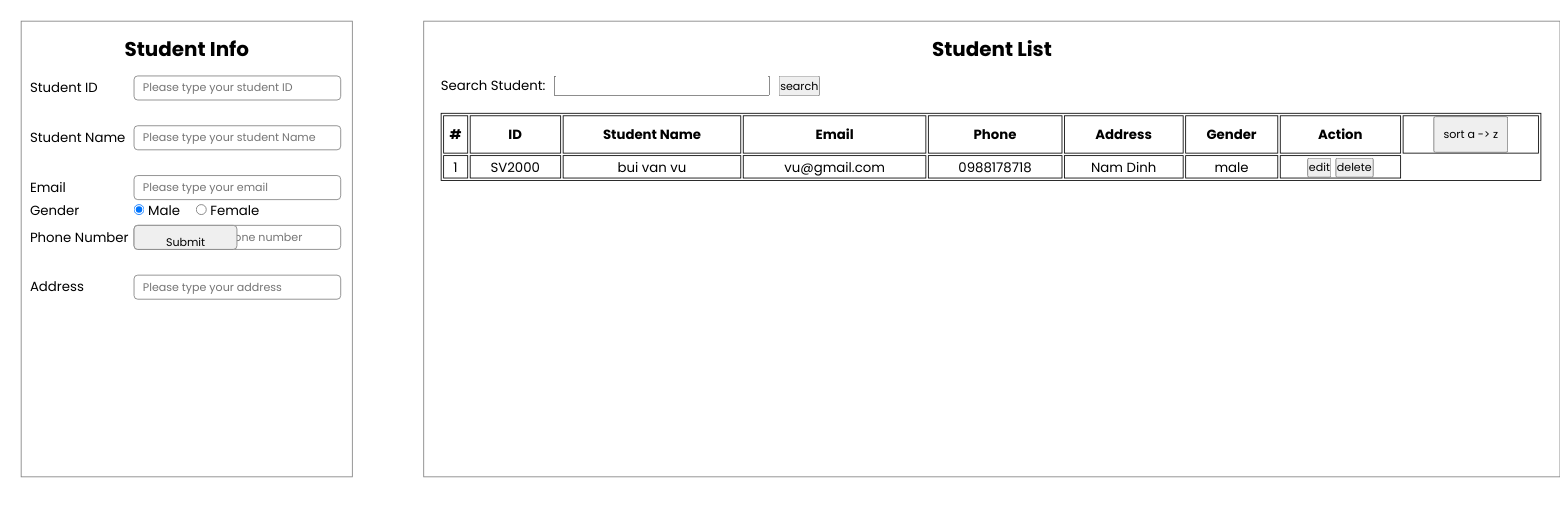
Repository: sSoRaK/ex-session15-dom-event
Page: ex-dom-event/student-management.html
An editor plug-in stored every save of this project. The page is shown before and after the next save, followed by the edit.
The browser window is 1280 px wide. The page is 1880 px wide, so the pictures cover 1880 px, including what lies to the right of the window. The pictures show the whole page, at 83% of full size.

Above is the page before, as saved 2023-06-24 20:24:56.

### ex-dom-event/student-management.html
<!DOCTYPE html>
<html lang="en">
  <head>
    <meta charset="UTF-8" />
    <meta name="viewport" content="width=device-width, initial-scale=1.0" />
    <title>Student Management</title>
    <link rel="preconnect" href="https://fonts.googleapis.com" />
    <link rel="preconnect" href="https://fonts.gstatic.com" crossorigin />
    <link
      href="https://fonts.googleapis.com/css2?family=Poppins:ital,wght@0,100;0,200;0,300;0,400;0,500;0,600;0,700;0,800;0,900;1,100;1,200;1,300;1,400;1,500;1,600;1,700;1,800;1,900&display=swap"
      rel="stylesheet"
    />
    <link rel="stylesheet" href="./style/style.css" />
  </head>
  <body>
    <div class="left-side">
      <h2>Student Info</h2>
      <form action="#" class="form-student">
        <label for="student-id" id="label-id">Student ID</label>
        <input
          type="text"
          name="student-name"
          id="student-id"
          placeholder="Please type your student ID"
        />
        <div class="error error-row1"></div>
        <label for="student-name" id="label-name">Student Name</label>
        <input
          type="text"
          name="student-name"
          id="student-name"
          placeholder="Please type your student Name"
        />
        <div class="error error-row2"></div>
        <label for="student-email" id="label-email">Email</label>
        <input
          type="email"
          name="student-email"
          id="student-email"
          placeholder="Please type your email"
        />
        <div class="error error-row3"></div>
        <label for="student-phone_number" id="label-phone_number"
          >Phone Number</label
        >
        <input
          type="number"
          name="student-phone_number"
          id="student-phone_number"
          placeholder="Please type a phone number"
        />
        <div class="error error-row4"></div>
        <label for="student-address" id="label-address">Address</label>
        <input
          type="text"
          name="student-address"
          id="student-address"
          placeholder="Please type your address"
        />
        <div class="error error-row5"></div>
        <span class="gender">Gender</span>
        <div class="gender-wrapper">
          <input type="radio" name="gender" id="male" checked />
          <label for="male">Male</label>
          <input type="radio" name="gender" id="female" />
          <label for="female">Female</label>
        </div>
        <input type="submit" value="Submit" class="btn-submit" />
      </form>
    </div>
    <div class="right-side">
      <h2>Student List</h2>
      <form action="#" class="searching-bar">
        <span>Search Student:</span>
        <input
          type="text"
          name="search-student_name"
          id="search-student_name"
        />
        <button class="btn-search">search</button>
      </form>
      <table class="table-student">
        <thead>
          <tr>
            <th>#</th>
            <th>ID</th>
            <th>Student Name</th>
            <th>Email</th>
            <th>Phone</th>
            <th>Address</th>
            <th>Gender</th>
            <th>Action</th>
            <th>
              <button class="btn-sort">sort a -> z</button>
            </th>
          </tr>
        </thead>
        <tbody id="student-info"></tbody>
      </table>
    </div>
    <script src="./app/app.js"></script>
  </body>
</html>

### ex-dom-event/style/style.css
* {
  padding: 0;
  margin: 0;
  box-sizing: border-box;
  font-family: "Poppins", sans-serif;
}
body {
  display: grid;
  grid-template-columns: repeat(4, 400px);
  grid-template-rows: repeat(1, 550px);
  gap: 85px;
  margin: 25px;
}
/* left side student info */
.left-side {
  border: 1px solid gray;
  grid-column: 1/2;
}
.left-side h2,
.right-side h2 {
  text-align: center;
  margin: 15px 0;
}
.form-student {
  margin: 0 10px;
  display: grid;
  grid-template-columns: repeat(3, 125px);
  grid-template-rows: repeat(13, 30px);
  /* row-gap: 30px; */
}
.form-student input {
  border: 0.5px solid gray;
  border-radius: 5px;
}
#label-id {
  grid-column: 1/2;
  grid-row: 1/2;
  line-height: 30px;
}
#student-id {
  grid-column: 2/4;
  grid-row: 1/2;
  padding-left: 10px;
}
.error-row1{
  grid-column: 2/4;
  grid-row: 2/3;
}
#label-name {
  grid-column: 1/2;
  grid-row: 3/4;
  line-height: 30px;
}
#student-name {
  grid-column: 2/4;
  grid-row: 3/4;
  padding-left: 10px;
}
.error-row2{
  grid-column: 2/4;
  grid-row: 4/5;
}
#label-email {
  grid-column: 1/2;
  grid-row: 5/6;
  line-height: 30px;
}
#student-email {
  grid-column: 2/4;
  grid-row: 5/6;
  padding-left: 10px;
}
.error-row3{
  grid-column: 2/4;
  grid-row: 6/7;
}
#label-phone_number {
  grid-column: 1/2;
  grid-row: 7/8;
  line-height: 30px;
}
input::-webkit-outer-spin-button,
input::-webkit-inner-spin-button {
  -webkit-appearance: none;
  margin: 0;
}
#student-phone_number {
  grid-column: 2/4;
  grid-row: 7/8;
  padding-left: 10px;
}
.error-row4{
  grid-column: 2/4;
  grid-row: 8/9;
}
#label-address {
  grid-column: 1/2;
  grid-row: 9/10;
  line-height: 30px;
}
#student-address {
  grid-column: 2/4;
  grid-row: 9/10;
  padding-left: 10px;
}
.gender {
  grid-column: 1/2;
  grid-row: 6/7;
}
.gender-wrapper {
  grid-column: 2/4;
  grid-row: 6/7;
}
.gender-wrapper label[for="male"] {
  margin-right: 15px;
}
.btn-submit {
  grid-column: 2/3;
  grid-row: 7/8;
  padding: 10px 0;
}

/* right side student list */
.right-side {
  border: 1px solid gray;
  grid-column: 2/5;
}
.right-side .searching-bar {
  margin-left: 20px;
  display: flex;
  gap: 10px;
}
.table-student,
th,
tr,
td {
  border: 1px solid;
  /* border-collapse: collapse; */
  margin: 20px;
  width: calc(100% - 42px);
}
.btn-sort {
  padding: 10px;
}

#student-info tr td {
  text-align: center;
}
.error {
  visibility: hidden;
}
.error-row1 {
  grid-row: 2;
}
.display-error {
  color: red;
  visibility: visible;
}
.btn-edit,
.btn-delete,
.btn-submit,
.btn-sort,
.btn-search {
  cursor: pointer;
}

### ex-dom-event/app/app.js
// tạo 1 mảng rỗng 2 chiều với phần tử là 1 mảng chứa các thông tin tương ứng của mỗi sinh viên
let studentList = [
  ["SV2000", "bui van vu", "vu@gmail.com", "0988178718", "Nam Dinh", "male"],
];
let action = "create";
// Lấy dữ liệu từ form -> table: Read
function renderData() {
  // truy cập đến tbody
  let tbody = document.getElementById("student-info");
  // đặt giá trị ban đầu tbody = "", để tránh dữ liệu cũ còn tồn tại
  tbody.innerHTML = "";
  for (let i = 0; i < studentList.length; i++) {
    // truyền vào tbody dưới dạng String Template
    tbody.innerHTML += `<tr>
                          <td>${i + 1}</td>
                          <td>${studentList[i][0]}</td>
                          <td>${studentList[i][1]}</td>
                          <td>${studentList[i][2]}</td>
                          <td>${studentList[i][3]}</td>
                          <td>${studentList[i][4]}</td>
                          <td>${studentList[i][5]}</td>
                          <td>
                              <button onclick="editData('${
                                studentList[i][0]
                              }')" class="btn-edit">edit</button>
                              <button onclick="deleteData('${
                                studentList[i][1]
                              }')" class="btn-delete">delete</button>
                          </td>
                    </tr>`;
  }
}
// Khi trình duyệt load thì sẽ load dữ liệu student và hiển thị trên table
document.onload = renderData();

// query element (create gol)
const studentId = document.querySelector("#student-id");
const studentName = document.querySelector("#student-name");
const studentEmail = document.querySelector("#student-email");
const studentPhoneNumber = document.querySelector("#student-phone_number");
const studentAddress = document.querySelector("#student-address");
const studentGender = document.querySelector("input[name='gender']:checked");

const errorElement = document.querySelectorAll(".error");

const btnSubmit = document.querySelector(".btn-submit");

// Validate: xác thực khi thêm create hoặc update
// function check validate each <input>
function validateForm() {
  // Lấy dữ liệu từ Form và Thực hiện validate từng input, nếu thỏa -> true, không thỏa -> báo lỗi (false)
  let idValidate = false;
  let nameValidate = false;
  let emailValidate = false;
  let phoneValidate = false;
  let addressValidate = false;
  let emailPattern = /^\w+([\.-]?\w+)*@\w+([\.-]?\w+)*(\.\w{2,3})+$/; // regex pattern: mẫu quy định
  let phonePattern = /(84|0[3|5|7|8|9])+([0-9]{8})\b/g;
  // check validate studentId
  if (studentId.value.length == 0) {
    errorElement[0].textContent = "* Please type your ID";
    errorElement[0].classList.add("display-error");
  } else if (studentId.value.length < 6 || studentId.value.length > 20) {
    errorElement[0].textContent = "* Your ID must be 6 - 20 characters";
    errorElement[0].classList.add("display-error");
  } else {
    errorElement[0].classList.remove("display-error");
    idValidate = true;
  }

  // check validate studentName
  if (studentName.value == "") {
    errorElement[1].textContent = "* Please type your name";
    errorElement[1].classList.add("display-error");
  } else {
    errorElement[1].classList.remove("display-error");
    nameValidate = true;
  }

  // check validate studentEmail
  if (studentEmail.value.length == "") {
    errorElement[2].textContent = "* Please type your email";
    errorElement[2].classList.add("display-error");
  } else if (!studentEmail.value.match(emailPattern)) {
    errorElement[2].textContent = "* You have entered email invalid";
    errorElement[2].classList.add("display-error");
  } else {
    errorElement[2].classList.remove("display-error");
    emailValidate = true;
  }

  // check validate studentPhoneNumber
  if (studentPhoneNumber.value.length == "") {
    errorElement[3].textContent = "* Please type your phone number";
    errorElement[3].classList.add("display-error");
  } else if (!studentPhoneNumber.value.match(phonePattern)) {
    errorElement[3].textContent = "* You have entered phone number invalid";
    errorElement[3].classList.add("display-error");
  } else {
    errorElement[3].classList.remove("display-error");
    phoneValidate = true;
  }

  // check validate studentAddress
  if (studentAddress.value.length == "") {
    errorElement[4].textContent = "* Please type your address";
    errorElement[4].classList.add("display-error");
  } else {
    errorElement[4].classList.remove("display-error");
    addressValidate = true;
  }

  // check validate each input as True or False
  if (
    idValidate &&
    nameValidate &&
    emailValidate &&
    phoneValidate &&
    addressValidate
  ) {
    return true;
  }
  return false;
}

// Lấy dữ liệu từ Form sau khi submit, tạo table và insert studentList
// create new student from FORM and take to value studentList, insert to table
function createData() {
  // tạo mảng gồm các thông tin của học sinh - create array have element as student info
  const newStudent = [
    studentId.value,
    studentName.value,
    studentEmail.value,
    studentPhoneNumber.value,
    studentAddress.value,
    studentGender.value,
  ];
  studentList.push(newStudent);
  renderData();
  resetForm(); // clear form after submit
}

// reset form after submit or update, create newStudent to table
function resetForm() {
  studentId.value = "";
  studentName.value = "";
  studentEmail.value = "";
  studentPhoneNumber.value = "";
  studentAddress.value = "";
  document.getElementById("male").checked = true;
}

// create event for btn-submit
// event : e
btnSubmit.addEventListener("click", (e) => {
  e.preventDefault(); // after click button submit, prevent "FORM" re-load
  const checkValidForm = validateForm();
  if (checkValidForm) {
    if (action == "create") {
      // push dữ liệu vào table
      createData();
    } else {
      // Thực hiện update sinh viên
      updateFormStudent();
    }
  }
});
// lấy thông tin học sinh thông qua studentID
// 1. Duyệt qua studentList để lấy studentID
function getStudentId(studentId) {
  for (let index = 0; index < studentList.length; index++) {
    if (studentId == studentList[index][0]) return index;
  }
  return -1;
}
// 2.
function editData(studentID) {
  // 1. lấy chỉ số sinh viên trong mảng
  let index = getStudentId(studentID);
  if (index >= 0) {
    // 2. fill thông tin sinh viên qua form
    studentId.value = studentList[index][0];
    studentName.value = studentList[index][1];
    studentEmail.value = studentList[index][2];
    studentPhoneNumber.value = studentList[index][3];
    studentAddress.value = studentList[index][4];
    if (studentList[index][5] == "male") {
      document.getElementById("male").checked = true;
    } else {
      document.getElementById("female").checked = true;
    }
    // sau khi edit, thay giá trị action
    action = "edit";
    studentId.readOnly = true;
    studentId.style.outline = "none";
    studentId.style.cursor = "unset";
    studentId.style.caretColor = "transparent";
  }
}
// Update
function updateFormStudent() {
  const studentUpdate = [
    studentId.value,
    studentName.value,
    studentEmail.value,
    studentPhoneNumber.value,
    studentAddress.value,
    studentGender.value,
  ];

  //find Index dua ma code cua sinh vien
  const indexStudent = getStudentId(studentId.value);

  studentList[indexStudent] = studentUpdate;
  renderData();
  action = "create";
  resetForm();
  studentId.readOnly = false;
  studentId.style.cursor = "text";
  studentId.style.caretColor = "black";
}

function deleteData(studentID) {
  let isCheckRemove = confirm("Bạn có muốn xóa hay không?");
  if (isCheckRemove) {
    const indexDeleteStudent = getStudentId(studentID);
    studentList.splice(indexDeleteStudent, 1);
    renderData();
  }
}

After the next save:
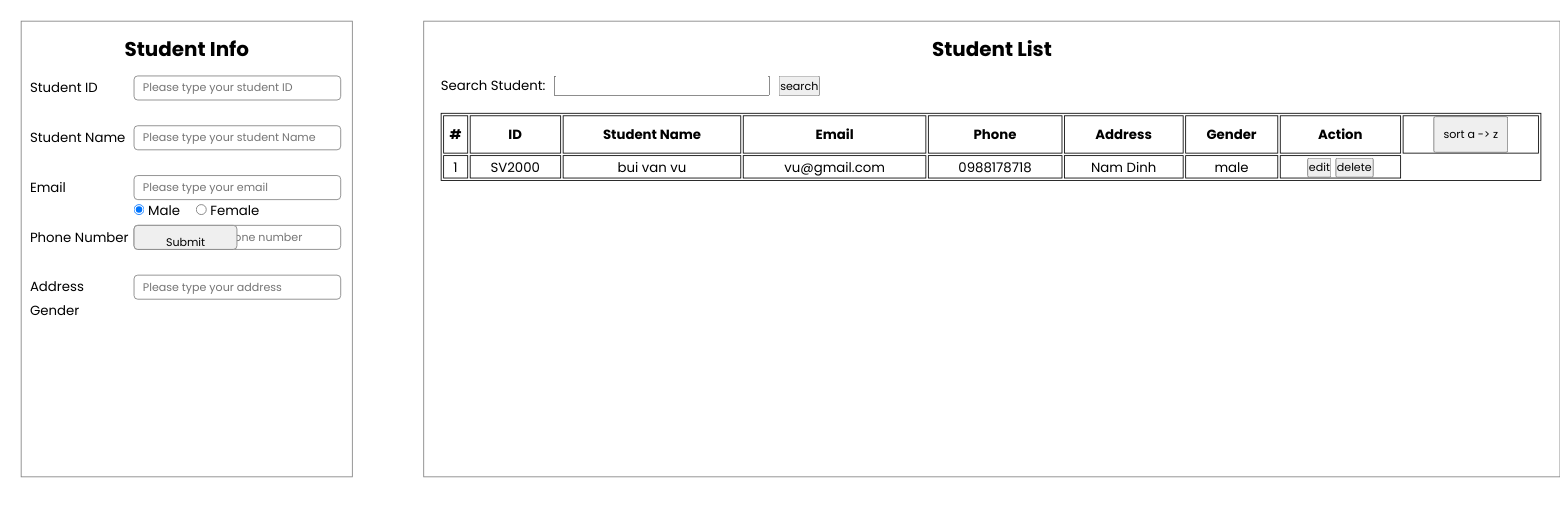
Saved 40 s later.
--- a/ex-dom-event/style/style.css
+++ b/ex-dom-event/style/style.css
@@ -105,7 +105,7 @@ input::-webkit-inner-spin-button {
 }
 .gender {
   grid-column: 1/2;
-  grid-row: 6/7;
+  grid-row: 10/11;
 }
 .gender-wrapper {
   grid-column: 2/4;
